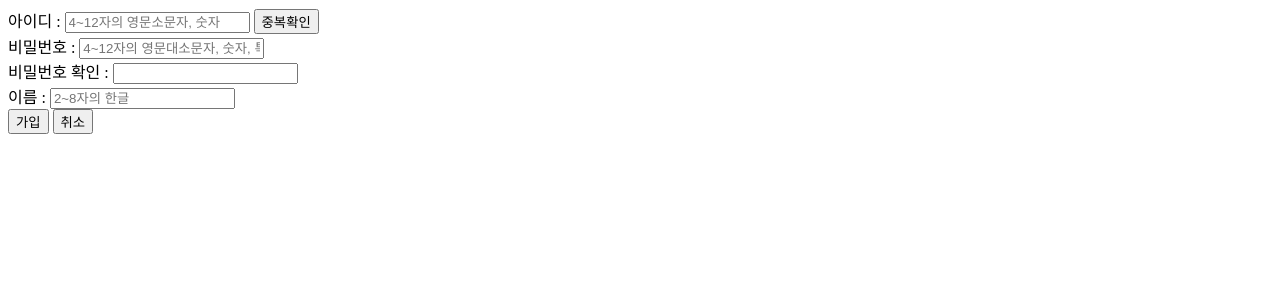
Repository: ih0615/NewJSP
Page: http://localhost/board/views/member/registerForm.jsp
The author's editor kept a copy of each file at every save. The page is drawn from the files as they stood at one save, then again after the next save.
The browser window is 1280 px wide. The pictures show the whole page.
The page is served by Tomcat 9.

Above is the page before, as saved 2020-11-25 04:50:25.

After the next save:
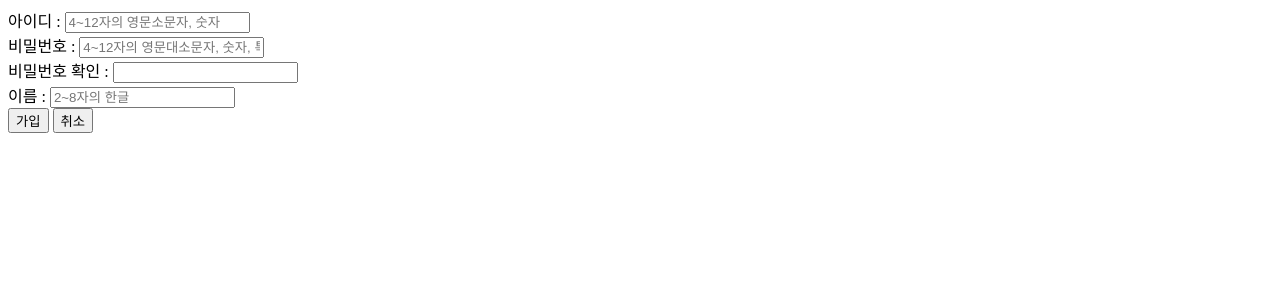
Saved 3 min 19 s later.
--- a/board/WebContent/views/member/registerForm.jsp
+++ b/board/WebContent/views/member/registerForm.jsp
@@ -103,8 +103,7 @@
 <body>
 	<form action="/memberRegisterProc.do" method="post" id="mrform">
 		<div>
-			아이디 : <input type="text" maxlength="12" placeholder="4~12자의 영문소문자, 숫자" id="id" name="id" />
-			<button type="button" onclick="checkId()">중복확인</button>
+			아이디 : <input type="text" maxlength="12" placeholder="4~12자의 영문소문자, 숫자" id="id" name="id" oninput="checkId()"/>
 		</div>
 		<div>
 			비밀번호 : <input type="password" placeholder="4~12자의 영문대소문자, 숫자, 특수기호(!,@,#,$,%,^,&,*)" id="pwd" name="pwd" />
